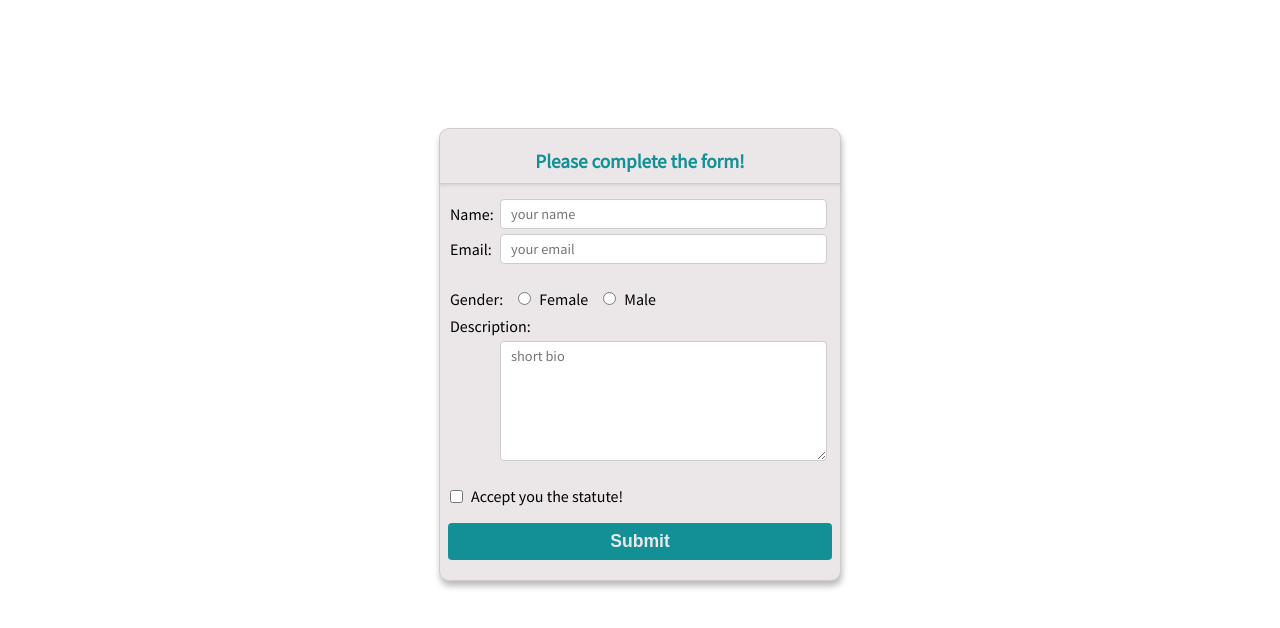
Repository: KrzysKolo/sr_tydzien4_zad2
Page: /
These files come from the project's save history. The page is drawn as it stood at one moment and after the next save; the edit follows.
The browser window is 1280 px wide. The pictures show the whole page.
The project was rebuilt for these pictures with package versions that can differ from the ones it lists, and the page was loaded fresh each time. Also part of the build but not shown: src/components/formComponents/ErrorMessage.js, src/components/formComponents/Message.js.

Above is the page before, as saved 2020-11-28 00:52:23.

After the next save:
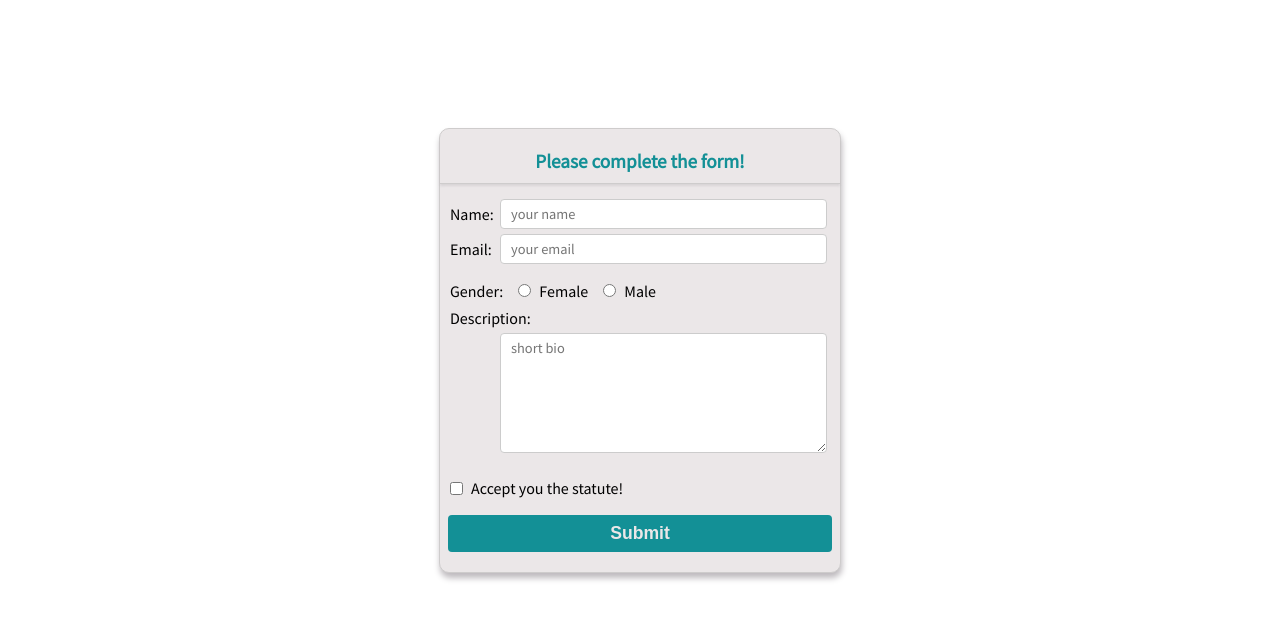
Saved 47 s later.
--- a/src/components/formComponents/Radio.js
+++ b/src/components/formComponents/Radio.js
@@ -6,7 +6,7 @@ const RadioDiv = styled.div`
     display: flex;
     flex-direction: row;
     align-items: center;
-    margin: 5% auto -8px 5px;
+    margin: 3% auto -8px 5px;
 `;
 const RadioLabel = styled.label`
     font-size: 1rem;
